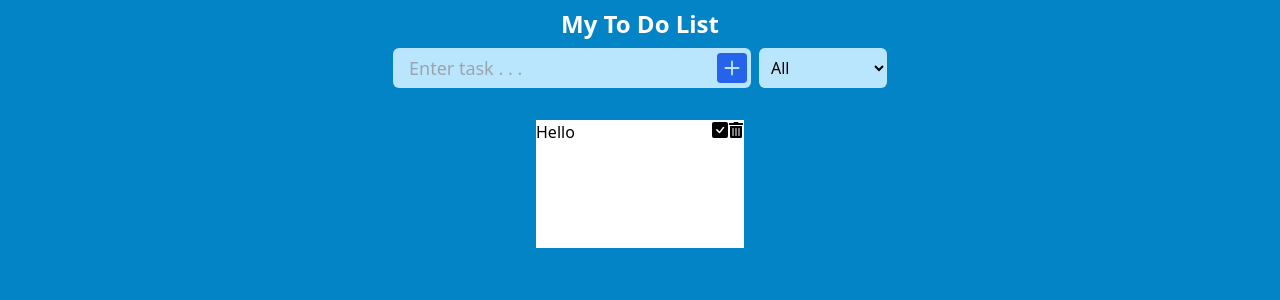
Repository: SaadYasin/react-to-do-list
Page: /
The author's editor kept a copy of each file at every save. The page is drawn from the files as they stood at one save, then again after the next save.
The browser window is 1280 px wide. The pictures show the whole page.
The project was rebuilt for these pictures with package versions that can differ from the ones it lists, and the page was loaded fresh each time. Also part of the build but not shown: src/App.css.

Above is the page before, as saved 2022-11-10 22:53:13.

### public/index.html
<!DOCTYPE html>
<html lang="en">
  <head>
    <meta charset="utf-8" />
    <link rel="icon" href="%PUBLIC_URL%/favicon.ico" />
    <meta name="viewport" content="width=device-width, initial-scale=1" />
    <meta name="theme-color" content="#000000" />
    <meta
      name="description"
      content="Web site created using create-react-app"
    />
    <link rel="apple-touch-icon" href="%PUBLIC_URL%/logo192.png" />

    <link rel="manifest" href="%PUBLIC_URL%/manifest.json" />

    <title>React | To Do List</title>
  </head>
  <body>
    <noscript>You need to enable JavaScript to run this app.</noscript>
    <div id="root"></div>

  </body>
</html>

### src/App.js
import React from 'react';
import Header from './components/Header';
import Input from './components/Input';
import TodoList from './components/TodoList';
import './App.css';

function App() {
  const [inputText, setInputText] = React.useState(null);
  const [todos, setTodos] = React.useState([]);

  return (
    <div className="flex flex-col items-center bg-sky-600 h-screen">
      <Header />
      <Input todos={todos} setTodos={setTodos} setInputText={setInputText} inputText={inputText} />
      <h1>{ inputText }</h1>
      <TodoList />

    </div>
  );
}

export default App;

### src/components/Header.js
import React from 'react'
import Input from './Input'

const Header = () => {
  return (
    <div>
      <h1 className="text-2xl font-bold text-white my-2">My To Do List</h1>
    </div>
  );
}

export default Header

### src/components/Input.js
import React from "react";
import { BsFillPlusSquareFill } from "react-icons/bs";

const Input = ({ setInputText, inputText, todos, setTodos }) => {
  const handleInput = (e) => {
    // e.preventDefault();

    console.log(e.target.value);
    setInputText(e.target.value);
  };

  const handleSubmit = (e) => {
    e.preventDefault();

    setTodos([
      ...todos,
      { text: inputText, completed: false, id: Math.random() * 1000 },
    ]);

    setInputText("");
  };
  return (
    <div className="flex">
      <form className="flex h-10 bg-sky-200 rounded-md" onSubmit={handleSubmit}>
        <input
          value={inputText}
          type="text"
          placeholder="Enter task . . ."
          className="text-lg bg-transparent text-gray-800 px-4 w-44 md:w-80 outline-none"
          onChange={handleInput}
        />
        <button className="text-3xl text-blue-600 px-1" type="submit">
          <BsFillPlusSquareFill />
        </button>
      </form>

      <div className="select ml-2 bg-sky-200 rounded-md">
        <select
          name="todos"
          id="filter-todos"
          className="bg-transparent w-32 p-2"
        >
          <option value="all">All</option>
          <option value="completed">Completed</option>
          <option value="uncompleted">UnCompleted</option>
        </select>
      </div>
    </div>
  );
};

export default Input;

### src/components/TodoList.js
import React from 'react'

// Import components
import Todo from './Todo'
export const TodoList = () => {

  return (
    <div>
      <ul>
        <Todo />
      </ul>
    </div>
  )
}

export default TodoList;

### src/components/Todo.js
import React from 'react';
import { BsCheckSquareFill } from "react-icons/bs";
import { FaTrashAlt } from "react-icons/fa";
const Todo = () => {
  return (
    <div className="flex justify-between mt-8 w-52 h-32 bg-white">
      <li>Hello</li>

      <div className="">
      <button>
        <BsCheckSquareFill />
      </button>
      <button><FaTrashAlt /></button>
      </div>
    </div>
  );
}

export default Todo;

Loaded but not shown: src/index.js (common file); src/index.css (common file); tailwind.config.js (common file)

After the next save:
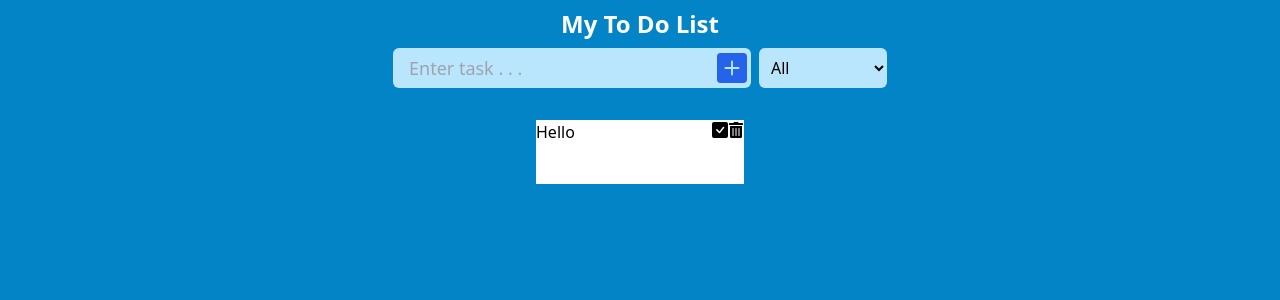
Saved 11 s later.
--- a/src/components/Todo.js
+++ b/src/components/Todo.js
@@ -3,7 +3,7 @@ import { BsCheckSquareFill } from "react-icons/bs";
 import { FaTrashAlt } from "react-icons/fa";
 const Todo = () => {
   return (
-    <div className="flex justify-between mt-8 w-52 h-32 bg-white">
+    <div className="flex justify-between mt-8 w-52 h-16 bg-white">
       <li>Hello</li>
 
       <div className="">
